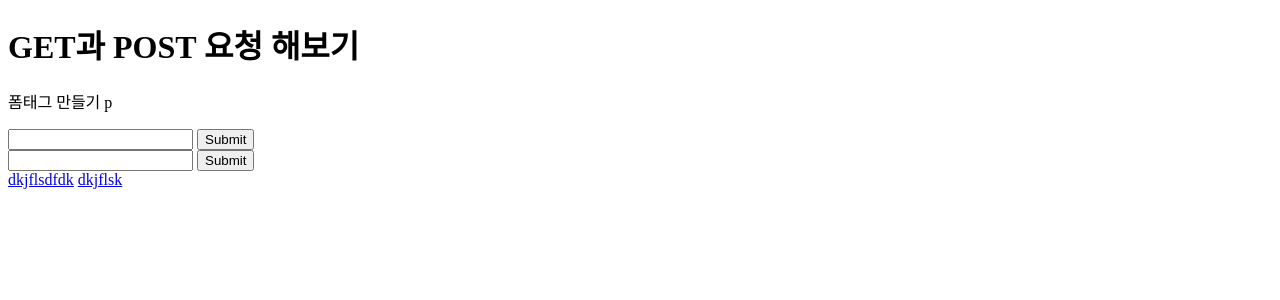
Repository: SanctusAlbino/Jsp_Servlet
Page: 01.HelloJspServlet/src/main/webapp/getpost.html
The author's editor kept a copy of each file at every save. The page is drawn from the files as they stood at one save, then again after the next save.
The browser window is 1280 px wide. The pictures show the whole page.

Above is the page before, as saved 2023-05-18 02:32:22.

After the next save:
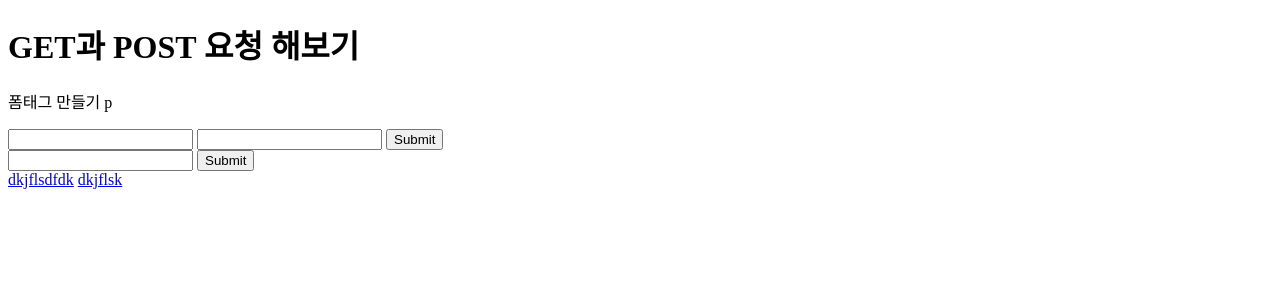
Saved 91 s later.
--- a/01.HelloJspServlet/src/main/webapp/getpost.html
+++ b/01.HelloJspServlet/src/main/webapp/getpost.html
@@ -9,6 +9,7 @@
 	<p>폼태그 만들기 p</p>
 	<form action="Ex03_GetPost" method="get">
 		<input type="text" name="txt1" id="txt2">
+		<input type="text" name="txt2" id="txt2">
 		<input type="submit">
 	</form>
 	<form action="Ex03_GetPost" method="post">
